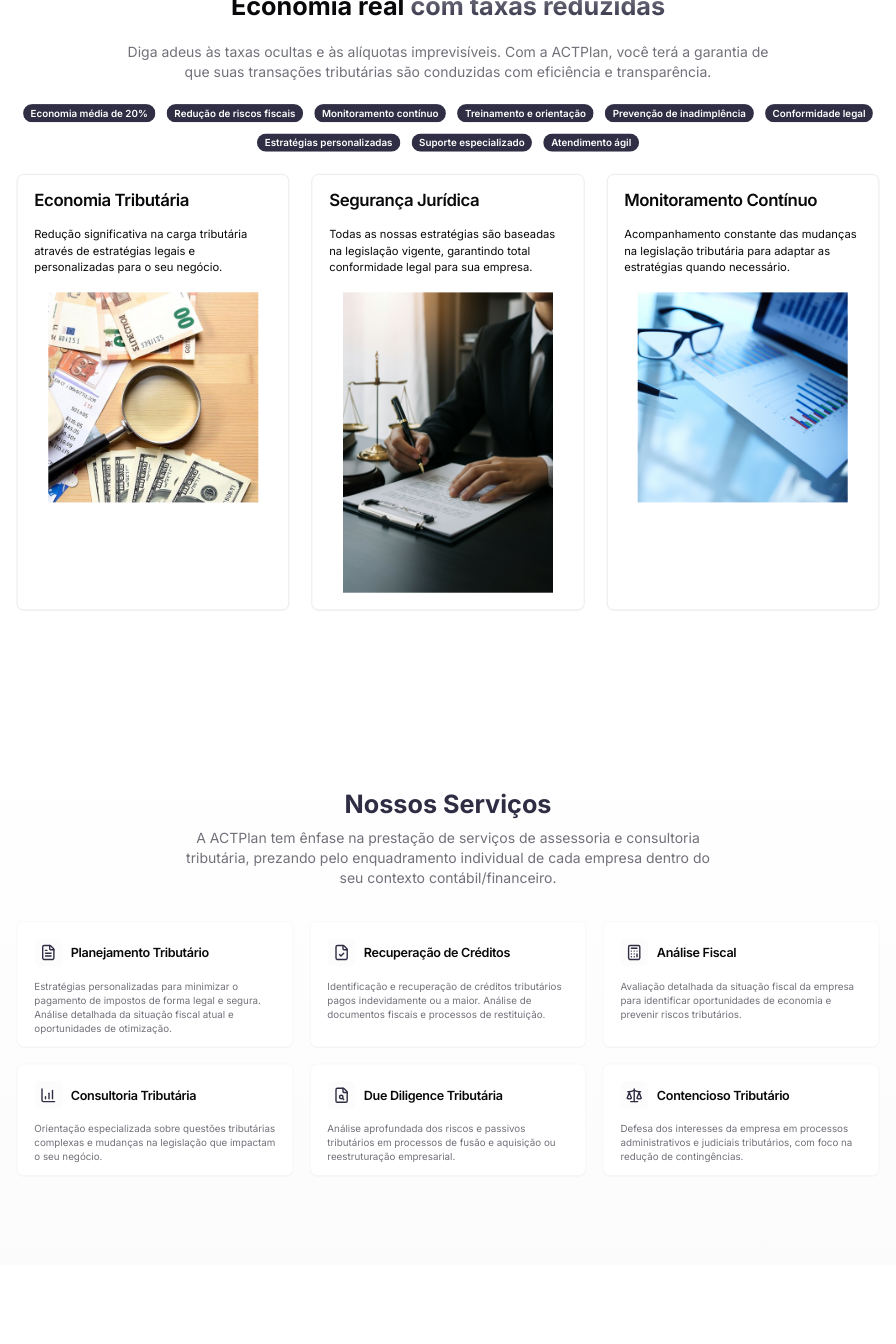
Repository: xoiurp/actplan-landing-page
Page: / (app in shadcn-landing-page-main/)
The author's editor kept a copy of each file at every save. The page is drawn from the files as they stood at one save, then again after the next save.
The browser window is 1280 px wide. The pictures show the part of the page from y = 2984 to 4904 px (the page is 9093 px tall before and 8816 px after), at 70% of full size.
The project was rebuilt for these pictures with package versions that can differ from the ones it lists, and the page was loaded fresh each time. Also part of the build but not shown: shadcn-landing-page-main/vite.config.ts.

Above is the page before, as saved 2025-06-24 17:10:08.

After the next save:
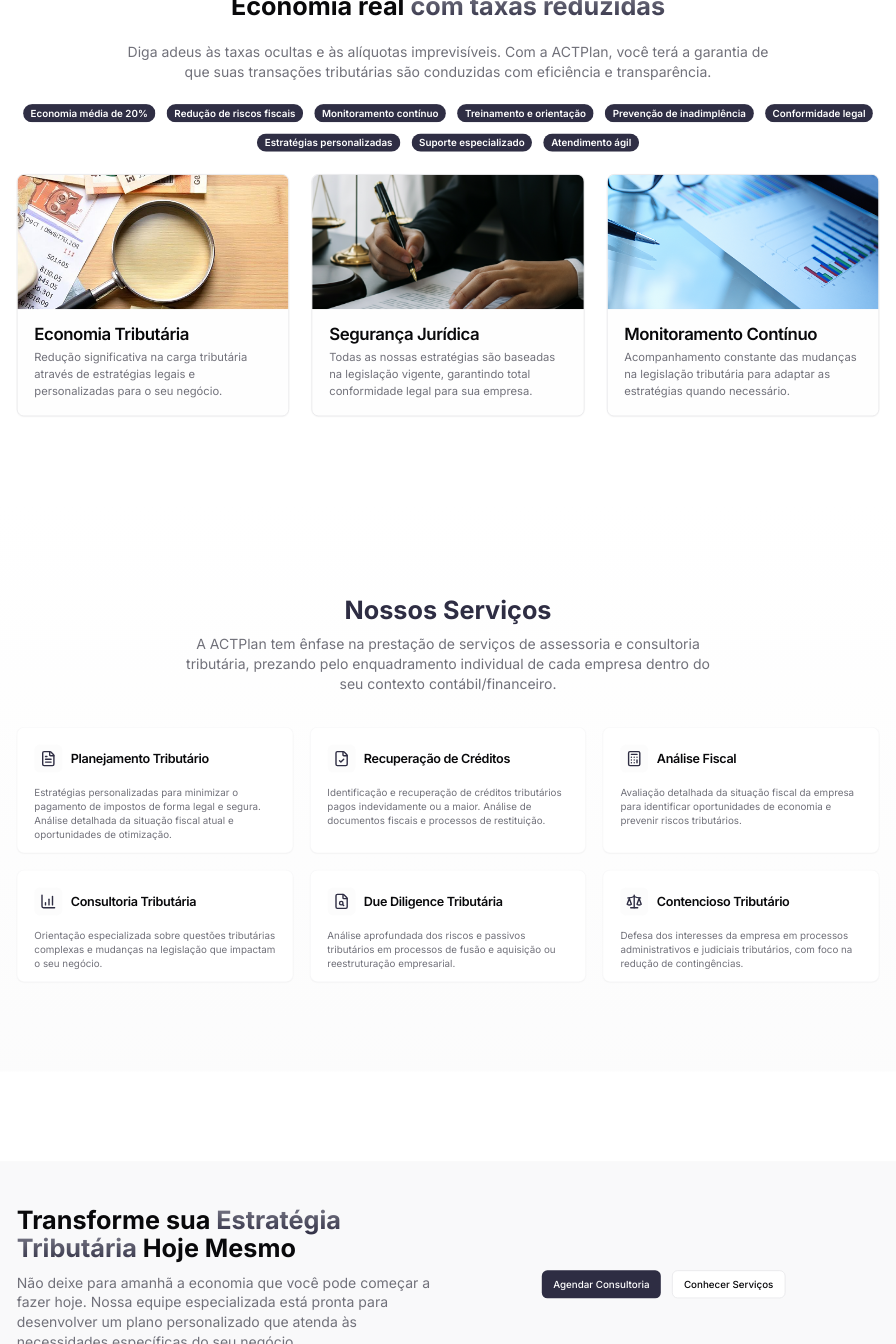
Saved 11 min 3 s later.
--- a/shadcn-landing-page-main/src/components/Features.tsx
+++ b/shadcn-landing-page-main/src/components/Features.tsx
@@ -81,20 +81,21 @@ export const Features = () => {
 
       <div className="grid md:grid-cols-2 lg:grid-cols-3 gap-8">
         {features.map(({ title, description, image }: FeatureProps) => (
-          <Card key={title}>
-            <CardHeader>
-              <CardTitle>{title}</CardTitle>
-            </CardHeader>
-
-            <CardContent>{description}</CardContent>
-
-            <CardFooter>
+          <Card key={title} className="bg-muted/10 flex flex-col">
+            <CardHeader className="p-0">
               <img
                 src={image}
                 alt={`Benefício: ${title}`}
-                className="w-[200px] lg:w-[300px] mx-auto"
+                className="w-full h-48 object-cover rounded-t-lg"
               />
-            </CardFooter>
+            </CardHeader>
+
+            <div className="p-6 flex flex-col flex-grow">
+              <CardTitle className="mb-2">{title}</CardTitle>
+              <CardContent className="p-0 flex-grow">
+                <p className="text-muted-foreground">{description}</p>
+              </CardContent>
+            </div>
           </Card>
         ))}
       </div>
